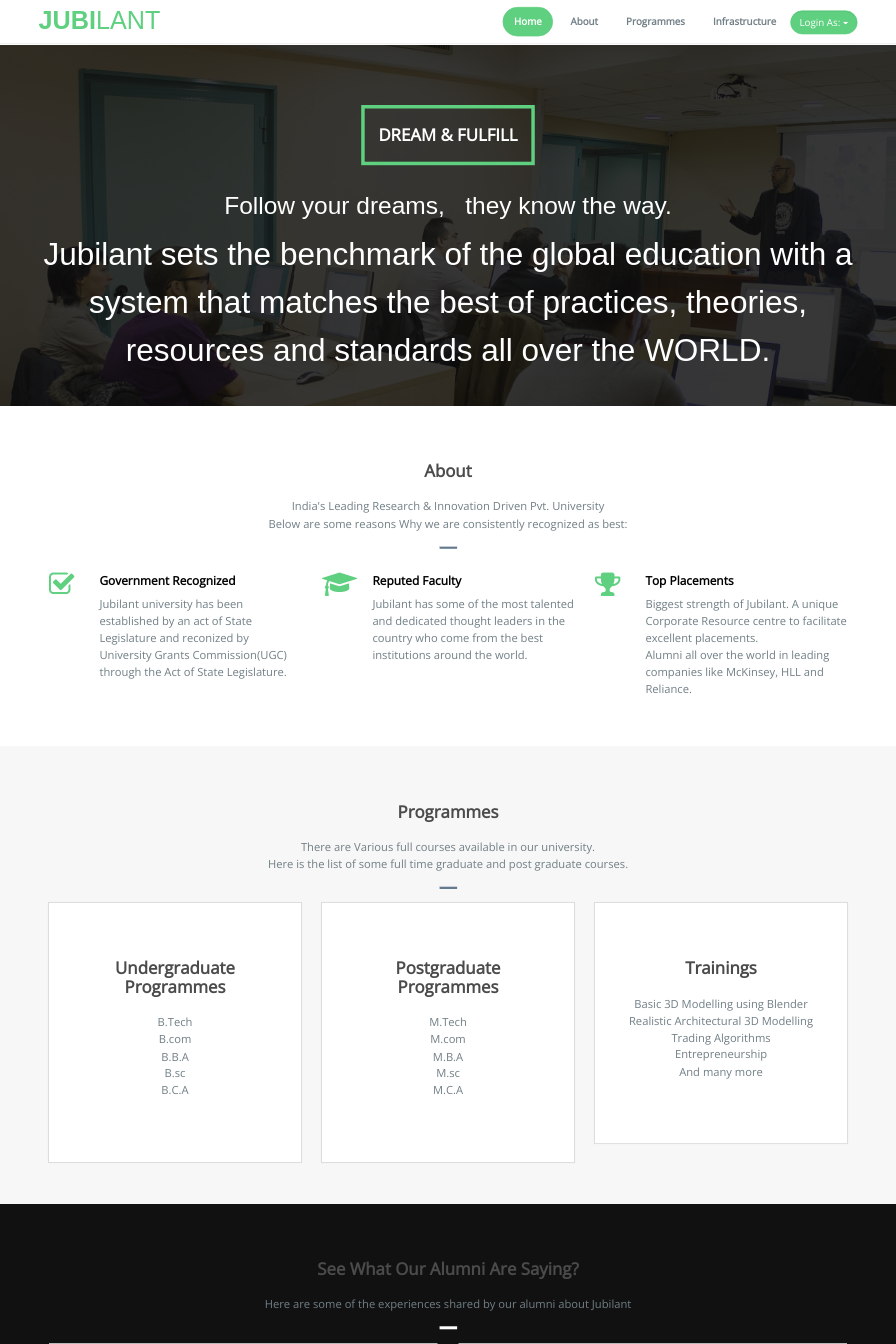
Repository: GauravC8/UMS
Page: http://localhost/login/WEB-INF/index.jsp
An editor plug-in stored every save of this project. The page is shown before and after the next save, followed by the edit.
The browser window is 1280 px wide. The pictures show the part of the page from y = 0 to 1920 px (the page is 3363 px tall), at 70% of full size.
Some web fonts or font styles are not loaded; a fallback is used. The page is served by Tomcat 9. Nobody is signed in. Other server files are loaded and not shown. The template is opened directly, without the code that normally fills it, so the values that code supplies are empty.

Above is the page before, as saved 2019-04-08 10:57:44.

### login/src/main/webapp/WEB-INF/index.jsp
<%@ page language="java" contentType="text/html; charset=ISO-8859-1"
	pageEncoding="ISO-8859-1"%>
<%@ taglib uri="http://www.springframework.org/tags/form" prefix="form"%>
<%@taglib prefix="c" uri="http://java.sun.com/jsp/jstl/core"%>

<!DOCTYPE html>
<html lang="en">

<head>
<meta charset="utf-8">
<meta name="viewport" content="width=device-width, initial-scale=1">
<title>UMS</title>

<link rel="stylesheet" type="text/css"
	href="https://fonts.googleapis.com/css?family=Open+Sans|Candal|Alegreya+Sans">
<link rel="stylesheet" type="text/css"
	href="resources/css/font-awesome.min.css">
<link rel="stylesheet" type="text/css"
	href="resources/css/bootstrap.min.css">
<link rel="stylesheet" type="text/css"
	href="resources/css/imagehover.min.css">
<link rel="stylesheet" type="text/css" href="resources/css/style.css">

</head>

<body>
	<!--Navigation bar-->
	<nav class="navbar navbar-default navbar-fixed-top">
		<div class="container">
			<div class="navbar-header">
				<button type="button" class="navbar-toggle" data-toggle="collapse"
					data-target="#myNavbar"></button>
				<a class="navbar-brand" href="index.html">Jubi<span>lant</span></a>
			</div>
			<div class="collapse navbar-collapse" id="myNavbar">
				<ul class="nav navbar-nav navbar-right">
					<li class="btn-trial"><a href="#Home">Home</a></li>
					<li><a href="#about">About</a></li>
					<li><a href="#programmes">Programmes</a></li>
					<li><a href="#infrasturcture">Infrastructure</a></li>
					<li >
						<div class="dropdown">
							<button class="btn btn-default dropdown-toggle form-control"
								type="button" id="menu1" data-toggle="dropdown">
								Login As: <span class="caret"></span>
							</button>
							<ul class="dropdown-menu" role="menu" aria-labelledby="menu1">
								<li role="presentation"><a role="menuitem" tabindex="-1"
									href="user/loginForm">Student</a></li>
								<li role="presentation"><a role="menuitem" tabindex="-1"
									href="user/loginForm">Faculty</a></li>
								<li role="presentation"><a role="menuitem" tabindex="-1"
									href="user/loginForm">Admin</a></li>
							</ul>
						</div>
					</li>

				</ul>
			</div>
		</div>
	</nav>
	<!--/ Navigation bar-->


	<!--Modal box-->
	<div class="modal fade" id="login" role="dialog">
		<div class="modal-dialog modal-sm">

			<!-- Modal content no 1-->
			<div class="modal-content">
				<div class="modal-header">
					<button type="button" class="close" data-dismiss="modal">&times;</button>
					<h4 class="modal-title text-center form-title">Login</h4>
				</div>
				<div class="modal-body">

					<div class="login-box-body">
						<%-- <form:form action="user/loginUser" class="form-horizontal"
							method="post" modelAttribute="user">
							<div class="form-group">
								<label for="emailId" class="col-md-3 control-label">Email</label>
								<div class="col-md-9">
									<form:input name="emailId" path="emailId"
										cssClass="form-control" />
								</div>
							</div>

							<div class="form-group">
								<label for="password" class="col-md-3 control-label">Password</label>
								<div class="col-md-9">
									<form:password name="password" path="password"
										cssClass="form-control" />
								</div>
							</div>
							<div class="form-group">
								<!-- Button -->
								<div class="col-md-offset-3 col-md-9">
									<form:button cssClass="btn btn-primary">Login</form:button>
								</div>
							</div>
							<div style="color: red">${error}</div>

						</form:form> --%>
					</div>
				</div>
			</div>
		</div>

	</div>
	<!--/ Modal box-->


	<!--Banner-->
	<div class="banner"
		style="background: url('resources/images/bg-banner.jpg') no-repeat center top">
		<div class="bg-color">
			<div class="container">
				<div class="row">
					<div class="banner-text text-center">
						<div class="text-border">
							<h2 class="text-dec">Dream & Fulfill</h2>
						</div>
						<div class="intro-para text-center quote">
							<p class="big-text">Follow your dreams, &nbsp they know the
								way.<p><p class="small-t
							ext">Jubilant sets the benchmark of the
								global education with a system that matches the best of
								practices, theories, resources and standards all over the WORLD.</p>
						</div>

					</div>
				</div>
			</div>
		</div>
	</div>
	<!--/ Banner-->
	<!--About-->
	<section id="about" class="section-padding">
		<div class="container">
			<div class="row">
				<div class="header-section text-center">
					<h2>About</h2>
					<p>
						India's Leading Research & Innovation Driven Pvt. University<br>
						Below are some reasons Why we are consistently recognized as best:
					</p>
					<hr class="bottom-line">
				</div>

				<div class="about">
					<div class="col-md-4">
						<div class="heading pull-right">
							<h4>Government Recognized</h4>
							<p>Jubilant university has been established by an act of
								State Legislature and reconized by University Grants
								Commission(UGC) through the Act of State Legislature.</p>
						</div>
						<div class="about-img pull-left">
							<i class="fa fa-check-square-o"></i>
						</div>
					</div>
				</div>
				<div class="about">
					<div class="col-md-4">
						<div class="heading pull-right">
							<h4>Reputed Faculty</h4>
							<p>Jubilant has some of the most talented and dedicated
								thought leaders in the country who come from the best
								institutions around the world.</p>
						</div>
						<div class="about-img pull-left">
							<i class="fa fa-graduation-cap"></i>
						</div>
					</div>
				</div>
				<div class="about">
					<div class="col-md-4">
						<div class="heading pull-right">
							<h4>Top Placements</h4>
							<p>
								Biggest strength of Jubilant. A unique Corporate Resource centre
								to facilitate excellent placements.<br> Alumni all over the
								world in leading companies like McKinsey, HLL and Reliance.
							</p>
						</div>
						<div class="about-img pull-left">
							<i class="fa fa-trophy"></i>
						</div>
					</div>
				</div>

			</div>
		</div>
	</section>
	<!--/ About-->

	<!--Programs-->
	<section id="programmes" class="section-padding">
		<div class="container">
			<div class="row">
				<div class="header-section text-center">
					<h2>Programmes</h2>
					<p>
						There are Various full courses available in our university.<br>
						Here is the list of some full time graduate and post graduate
						courses.
					</p>
					<hr class="bottom-line">
				</div>
				<div class="col-md-4 col-sm-6">
					<div class="service-box text-center">
						<h2>Undergraduate Programmes</h2>
						<p>
							B.Tech<br>B.com<br>B.B.A<br>B.sc<br>B.C.A
						</p>
					</div>
				</div>
				<div class="col-md-4 col-sm-6">
					<div class="service-box text-center">
						<h2>Postgraduate Programmes</h2>
						<p>
							M.Tech<br>M.com<br>M.B.A<br>M.sc<br>M.C.A
						</p>
					</div>
				</div>
				<div class="col-md-4 col-sm-6">
					<div class="service-box text-center">
						<h2>Trainings</h2>
						<p>
							Basic 3D Modelling using Blender<br>Realistic Architectural
							3D Modelling<br>Trading Algorithms<br>Entrepreneurship<br>And
							many more
						</p>
					</div>
				</div>
			</div>
		</div>
	</section>
	<!--/ programmes-->

	<!--Testimonial-->
	<section id="testimonial" class="section-padding">
		<div class="container">
			<div class="row">
				<div class="header-section text-center">
					<h2 class="white">See What Our Alumni Are Saying?</h2>
					<p class="white">Here are some of the experiences shared by our
						alumni about Jubilant</p>
					<hr class="bottom-line bg-white">
				</div>
				<div class="col-md-6 col-sm-6">
					<div class="text-comment">
						<p class="text-par">"Life in Jubilant has been a breathtaking
							experience.All the faculty members,mentors and everyone in
							Jubilant family have been a great help and a strong support. This
							place has immensely added to my persona and I will always cherish
							the memories I shared with this place."</p>

						<p class="text-name">
							Himani Gupta- MBA in Competitive Intelligence<br>
							Batch:2012-14
						</p>
					</div>
				</div>
				<div class="col-md-6 col-sm-6">
					<div class="text-comment">
						<p class="text-par">"Jubilant has been a completely enriching
							experience. I have acquired lot of confidence through various
							plaforms provided by College such as Sangathan, Youth Fest etc
							which gave us opportunity to present our innate creativity and
							talent. The faculty is very supportive and ready to help
							anytime."</p>
						<p class="text-name">
							Anita Kumari - B.sc(Fashion Design)<br>Batch:2011-14
						</p>
					</div>
				</div>
			</div>
		</div>
	</section>
	<!--/ Testimonial-->
	<!--Infrastructure-->
	<section id="infrasturcture" class="section-padding">
		<div class="container">
			<div class="row">
				<div class="header-section text-center">
					<h2>Infrastructure</h2>
					<p></p>
					<hr class="bottom-line">
				</div>
			</div>
		</div>
		<div class="container">
			<div class="row">
				<div class="col-md-4 col-sm-6 padleft-right">
					<figure class="imghvr-fold-up">
						<img src="resources/images/library.jfif" class="img-responsive">
						<figcaption>
							<h3>Library</h3>
							<p>Synonymous with the abode of knowledge, the six libraries
								at Jubilant are stocked with the lakhs of books and thousands of
								journals to propel the wisdom growth of the students. These
								libraries are frequently updated with new books and other useful
								study material for students.</p>
						</figcaption>
						<a href="#"></a>
					</figure>
				</div>
				<div class="col-md-4 col-sm-6 padleft-right">
					<figure class="imghvr-fold-up">
						<img src="resources/images/classroom.jfif" class="img-responsive">
						<figcaption>
							<h3>Syndicate Rooms</h3>
							<p>
								300 students can brainstorm at the same time in 50 Syndicate
								Rooms.<br>The Syndicate Rooms provide the perfect setting
								to acquire team skills through exercises like brain-storming
								sessions, group discussions, role-plays etc.
							</p>
						</figcaption>
						<a href="#"></a>
					</figure>
				</div>
				<div class="col-md-4 col-sm-6 padleft-right">
					<figure class="imghvr-fold-up">
						<img src="resources/images/auditorium.jfif" class="img-responsive">
						<figcaption>
							<h3>Auditorium</h3>
							<p>State-of-the-art auditoriums with a combined seating
								capacity of over 3,500 act as a common ground for students,
								faculty and corporate personalities for regular interfaces,
								conferences and other events.</p>
						</figcaption>
						<a href="#"></a>
					</figure>
				</div>
				<div class="col-md-4 col-sm-6 padleft-right">
					<figure class="imghvr-fold-up">
						<img src="resources/images/play.jfif" class="img-responsive">
						<figcaption>
							<h3>Playground</h3>
							<p>At Jubilant,sports form one of the important aspects of a
								student's development.From increasing concentration levels and
								working as a team to inculcating a winning spirit;sports help
								students build a strong character.</p>
						</figcaption>
						<a href="#"></a>
					</figure>
				</div>
				<div class="col-md-4 col-sm-6 padleft-right">
					<figure class="imghvr-fold-up">
						<img src="resources/images/hostel.jfif" class="img-responsive">
						<figcaption>
							<h3>Hostel Accomodation</h3>
							<p>Jubilant offers comprehensive hostel facilities for boys
								and girls separately within the University Campus.Caring wardens
								and a vigilant security ensures a pleasant stay allowing
								students to focus on academics.</p>

					</figure>
				</div>
				<div class="col-md-4 col-sm-6 padleft-right">
					<figure class="imghvr-fold-up">
						<img src="resources/images/labs.jfif" class="img-responsive">
						<figcaption>
							<h3>Laboratory</h3>
							<p>The specialised biotechnology laboratories are equipped to
								conduct advanced practical and research work.Jubilant has over
								300 labs where students experiment and bring to practice what
								they have learnt in theory.</p>
						</figcaption>
						<a href="#"></a>
					</figure>
				</div>
			</div>
		</div>
	</section>
	<!--/ Courses-->




	<!--Footer-->
	<footer id="footer" class="footer">
		<div class="container text-center">

			<h3>For More Information</h3>


			<!-- End newsletter-form -->
			<ul class="social-links">
				<li><a href="#link"><i class="fa fa-twitter fa-fw"></i></a></li>
				<li><a href="#link"><i class="fa fa-facebook fa-fw"></i></a></li>
				<li><a href="#link"><i class="fa fa-google-plus fa-fw"></i></a></li>
				<li><a href="#link"><i class="fa fa-dribbble fa-fw"></i></a></li>
				<li><a href="#link"><i class="fa fa-linkedin fa-fw"></i></a></li>
			</ul>
			All rights reserved

		</div>
	</footer>
	<!--/ Footer-->

	<script src="resources/js/jquery.min.js"></script>
	<script src="resources/js/jquery.easing.min.js"></script>
	<script src="resources/js/bootstrap.min.js"></script>
	<script src="resources/js/custom.js"></script>
	<script src="resources/contactform/contactform.js"></script>

</body>

</html>

### login/src/main/webapp/WEB-INF/resources/css/style.css

body {
	font-size: 15px;
    line-height: 1.52;
    color: #717f86;
    font-size: 16px;
	font-family: 'Open Sans', sans-serif;
    font-weight: 400;
}
ol, ul {
	list-style: none;
}
blockquote, q {
	quotes: none;
}
blockquote:before, blockquote:after,
q:before, q:after {
	content: '';
	content: none;
}
table {
	border-collapse: collapse;
	border-spacing: 0;
}
.section-padding{
	padding: 60px 0px;
}
h1, h2, h3, h4, h5, h6{
    font-family: Open Sans, sans-serif;
    font-weight: 700;
    color: #4B4B4C;
}
a{
    color: #5fcf80;
}
a:hover, a:focus{
    color: #5fcf80;
}
/***********************************
Navigation bar
************************************/
.navbar-default .navbar-brand {
    color: #5FCF80;
}
.navbar-default {
    background-color: #ffffff;
}

.navbar-default .navbar-nav > li > a {
    color: #717f86;
    font-size: 14px;
    font-weight: 700;
}
.navbar-nav > li > a{
	padding: 0px;
	margin: 10px 5px;
	padding: 10px 15px;
}
.navbar-default .navbar-nav > li > a:focus, .navbar-default .navbar-nav > li > a:hover
{
	color: #5FCF80;
}
.btn {


background-color: #5FCF80;
	border-radius: 50px;
	color: #ffffff !important;
	border: 1px solid #5FCF80;
	margin-top: 15px;
}
.navbar-nav .active a{
    background: none !important;
    color: #5FCF80 !important;
    outline: none;
}

.btn-trial a{
	background-color: #5FCF80;
	border-radius: 25px;
	color: #ffffff !important;
	border: 1px solid #5FCF80;
}
.btn-trial a:hover, .btn-trial a:focus{
	border: 1px solid #5FCF80;
	background-color: #fff;
	color: #5FCF80 !important;
}
.navbar-default .navbar-brand {
    font-family: 'Dosis', sans-serif !important;
    font-weight: 700;
    text-transform: uppercase;
    padding: 0px;
    height: inherit;
    font-size: 36px;
    margin: 20px 0px;
}
.navbar-default .navbar-brand span{
	font-weight: 100 !important;
}
.navbar {
    margin-bottom: 0px;
}
.padding-zero{
	padding: 0px;
}
.mart20{
	margin-top: 20px;
}
/***********************************
Banner
************************************/
.banner{
	background: url('resources/images/bg-banner.jpg') no-repeat center top;
    background-size: cover;
	min-height: 580px;
    position: relative;
}
.bg-color{
	background-color: RGBA(12, 11, 11, 0.82);
	min-height: 580px;
}
.text-dec{
	font-size: 24px;
	padding: 10px 20px;
    margin: 15px 0;
	text-transform: uppercase;
    color: #fff;
}
.text-border{
	border: 5px solid #5FCF80;
	display: inline-block;
	margin-top: 150px;
}
.intro-para{
	font-family: 'Alegreya Sans', sans-serif;
	font-size: 45px;
	color: #fff;
	margin-top: 30px;
}

.modal-dialog {
    width: 600px;
    margin: 150px auto;
}
.modal-content h4 {
    font-size: 1.5em;
    font-weight: 700;
}
.login-box-body {
    padding: 15px 30px;
}
.login-box-msg, .register-box-msg {
    margin: 0px;
    text-align: center;
    padding: 0px 20px 20px;
}
.form-title{
color:#5FCF80;
}
.form-control{
border-color:#5FCF80;
}
.modal-sm {
    width: 400px;
}
.padleft-right{
    padding-left: 5px;
    padding-right: 0px;
}
.big-text{
    font-size: 35px;
}
.small-text{
    font-size: 16px;
}
btn{
    background-color: #5fcf80;
    color: #fff;
    -webkit-transition: all 0.3s ease-in-out;
  -moz-transition: all 0.3s ease-in-out;
  transition: all 0.3s ease-in-out;
  margin-top: 10px;
}
.btn:hover,.btn:focus{
    background-color: black;
    color: #5fcf80;
    border-color: #fff;
     -webkit-transition: all 0.3s ease-in-out;
  -moz-transition: all 0.3s ease-in-out;
  transition: all 0.3s ease-in-out;
}
/***********************************
About
************************************/
h2{
	font-size: 24px;
	padding-bottom: 15px;
}
.bottom-line{
	width: 25px;
	height: 3px;
	background-color: rgb(99, 122, 145);
}
.about{
	margin-top: 25px;
}
.about-img {
  width: 20%;
}
.heading {
    width: 80%;
}
.about i {
    font-size: 39px;
    color: #5FCF80;
    margin-top: 7px;
}
.heading h4 {
    font-size: 17px;
    line-height: 1.25;
    font-weight: 700;
    color: #000;
    margin: 10px 0px;
    text-align: left;
}
.heading p {
  text-align: left;
}

/***********************************
Programmes
************************************/
#programmes {
    background-color: rgb(247, 247, 247);
}
.service-box{
    background: #fff;
    padding: 60px 30px 80px;
    box-shadow: 0px 0px 1px 1px rgba(0,0,0,0.1);
}



/***********************************
Testimonial
************************************/
#testimonial{
    background-color: #111;
}
.bg-white{
    background-color: #fff !important;
}
.text-comment{
  background-color: rgb(255, 255, 255);
  padding: 20px;
}
.text-par{
  font-size: 20px;
  padding-bottom: 15px;
}
/***********************************
Infrastructure
************************************/
[class*=" imghvr-"] figcaption, [class^="imghvr-"] figcaption {
    background-color: #5FCF80;
}
[class*=" imghvr-"], [class^="imghvr-"] {
    background-color: #5FCF80;
    color: #fff;
}

/***********************************
Footer
************************************/
.footer {
    padding: 60px 0 20px;
    background: #111;
    color: #ccc;
}
.footer a {
    color: #fff;
}

.footer h3{
	font-weight: 300;
	letter-spacing: 0.05em;
	margin: 0 0 40px;
	font-size: 24px;
}
.footer .form-control {
    border-radius: 30px;
    border: none;
    background: rgba(255,255,255,.1);
    padding-left: 30px;
    color: #e5e6e7;
    margin-bottom: 0;
    height: 48px;
}
.footer .social-links li a {
    color: #fff;
    font-size: 32px;
    line-height: 50px;
    border-radius: 50%;
    text-align: center;
    -webkit-transition: all .3s ease-out;
    transition: all .3s ease-out;
}
.footer .social-links li {
    display: inline-block;
    margin: 0 25px 25px;
    -webkit-transition: all .3s ease-out;
    transition: all .3s ease-out;
}
.footer .mc-trial {
    margin: 20px 0;
}
.footer .social-links {
    list-style: none;
    padding: 0;
    margin: 30px 0 40px;
    padding: 40px 0 0;
    border-bottom: 1px solid rgba(255,255,255,0.2);
}

.footer .form-control:focus{
    box-shadow: none;
}
/***********************************
************************************
Responsive media queries
************************************
***********************************/
@media (min-width: 769px) and (max-width: 980px) {
    .ser-text {
    font-size: 20px;
    }
    .service-box{
        margin-bottom: 30px;
    }
}
@media (min-width: 451px) and (max-width: 768px) {
    .ser-text {
    font-size: 20px;
    }
    .service-box{
        margin-bottom: 30px;
    }


}
@media (min-width: 20px) and (max-width: 450px) {
    .text-dec {
    font-size: 20px;
    }
    .big-text {
    font-size: 30px;
    }
    .small-text {
    font-size: 14px;
    }
    .intro-para {
    font-size: 30px;
    }
    .header-section p{
        font-size: 14px;
    }
    .heading {
    margin-bottom: 20px;
    }

    h3.det-txt {
    font-size: 28px;
    }

    .service-box, .text-comment{
        margin-bottom: 30px;
    }

    .footer .social-links li {
    margin: 0 5px 25px;
    }

    .modal-sm {
    width: 300px;
    }
    .login-box-body {
    padding: 15px 20px;
    }
    .navbar-default .navbar-brand{
        margin-left: 10px;
    }
    .navbar-default .navbar-nav > li > a{
        text-align: center;
    }
}

### login/src/main/webapp/WEB-INF/resources/js/custom.js
(function($) {

  // Navigation scrolls
  $(".navbar-nav li a").on('click', function(event) {
    $('.navbar-nav li').removeClass('active');
    $(this).closest('li').addClass('active');
    var $anchor = $(this);
    var nav = $($anchor.attr('href'));
    if (nav.length) {
      $('html, body').stop().animate({
        scrollTop: $($anchor.attr('href')).offset().top
      }, 1500, 'easeInOutExpo');

      event.preventDefault();
    }
  });
  $(".navbar-collapse a").on('click', function() {
    $(".navbar-collapse.collapse").removeClass('in');
  });

  // Add smooth scrolling to all links in navbar
  $("a.mouse-hover, a.get-quote").on('click', function(event) {
    var hash = this.hash;
    if (hash) {
      event.preventDefault();
      $('html, body').animate({
        scrollTop: $(hash).offset().top
      }, 1500, 'easeInOutExpo');
    }
  });
})(jQuery);

Loaded but not shown: login/src/main/webapp/WEB-INF/resources/css/font-awesome.min.css (library); login/src/main/webapp/WEB-INF/resources/css/bootstrap.min.css (library); login/src/main/webapp/WEB-INF/resources/css/imagehover.min.css (library); login/src/main/webapp/WEB-INF/resources/js/jquery.min.js (library); login/src/main/webapp/WEB-INF/resources/js/jquery.easing.min.js (library); login/src/main/webapp/WEB-INF/resources/js/bootstrap.min.js (library)

After the next save:
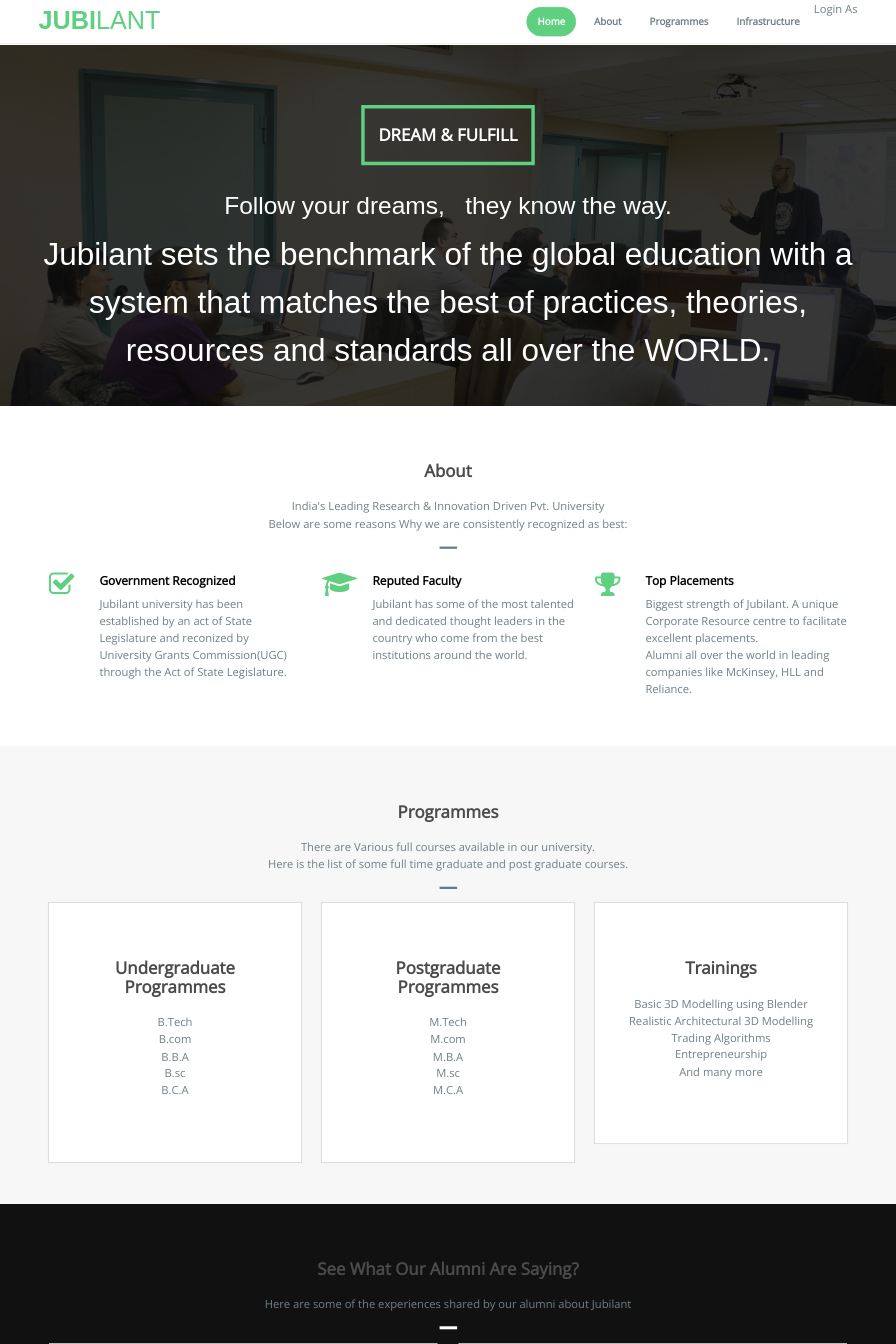
Saved 4 min 5 s later.
--- a/login/src/main/webapp/WEB-INF/index.jsp
+++ b/login/src/main/webapp/WEB-INF/index.jsp
@@ -38,12 +38,8 @@
 					<li><a href="#about">About</a></li>
 					<li><a href="#programmes">Programmes</a></li>
 					<li><a href="#infrasturcture">Infrastructure</a></li>
-					<li >
-						<div class="dropdown">
-							<button class="btn btn-default dropdown-toggle form-control"
-								type="button" id="menu1" data-toggle="dropdown">
-								Login As: <span class="caret"></span>
-							</button>
+
+					<li>Login As
 							<ul class="dropdown-menu" role="menu" aria-labelledby="menu1">
 								<li role="presentation"><a role="menuitem" tabindex="-1"
 									href="user/loginForm">Student</a></li>
